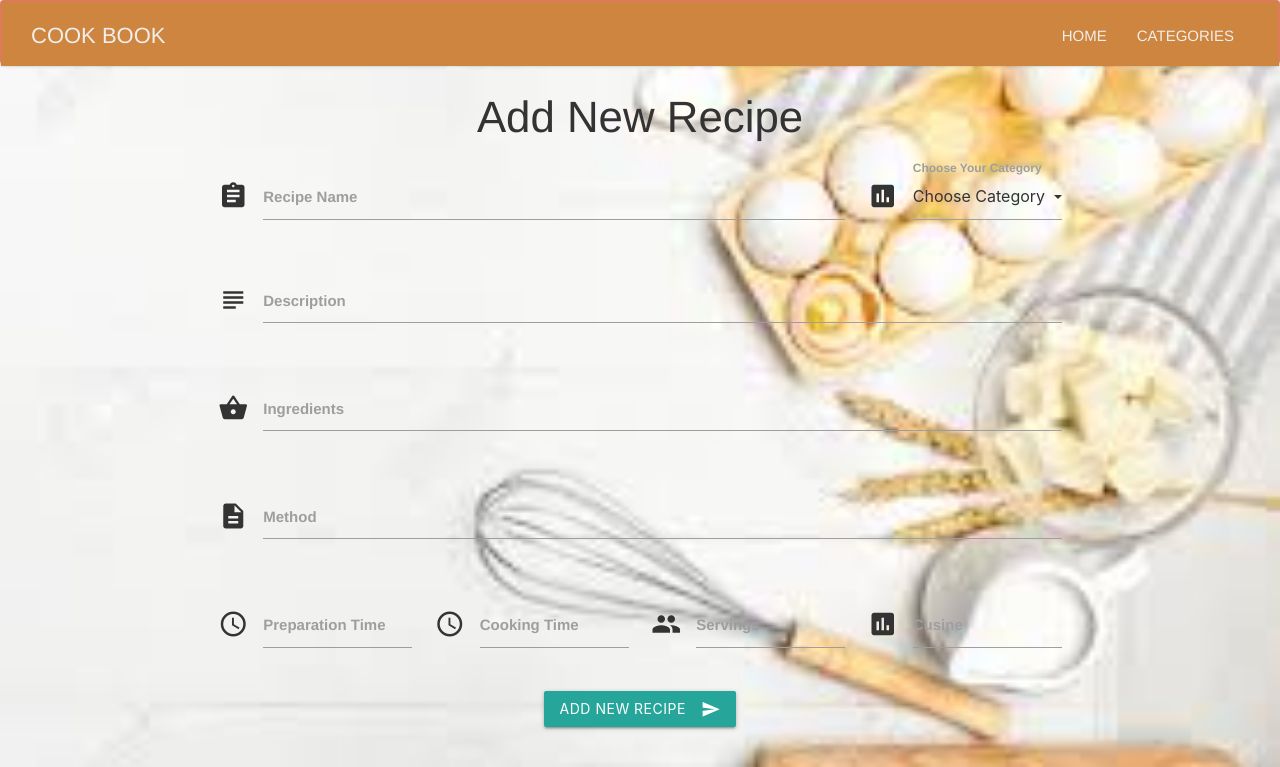
Repository: atena123/COOK-BOOK
Page: http://localhost/add_recipe
The author's editor kept a record of every edit. The page is drawn from the files as they stood at one moment, then again after the next edit.
The browser window is 1280 px wide. The pictures show the whole page.
Some web libraries are served in a nearby version. The page is served by the project's application, run on Flask 3 (app.py). Queries for data that is not in the repository find no rows.

Above is the page before.

After the next edit:
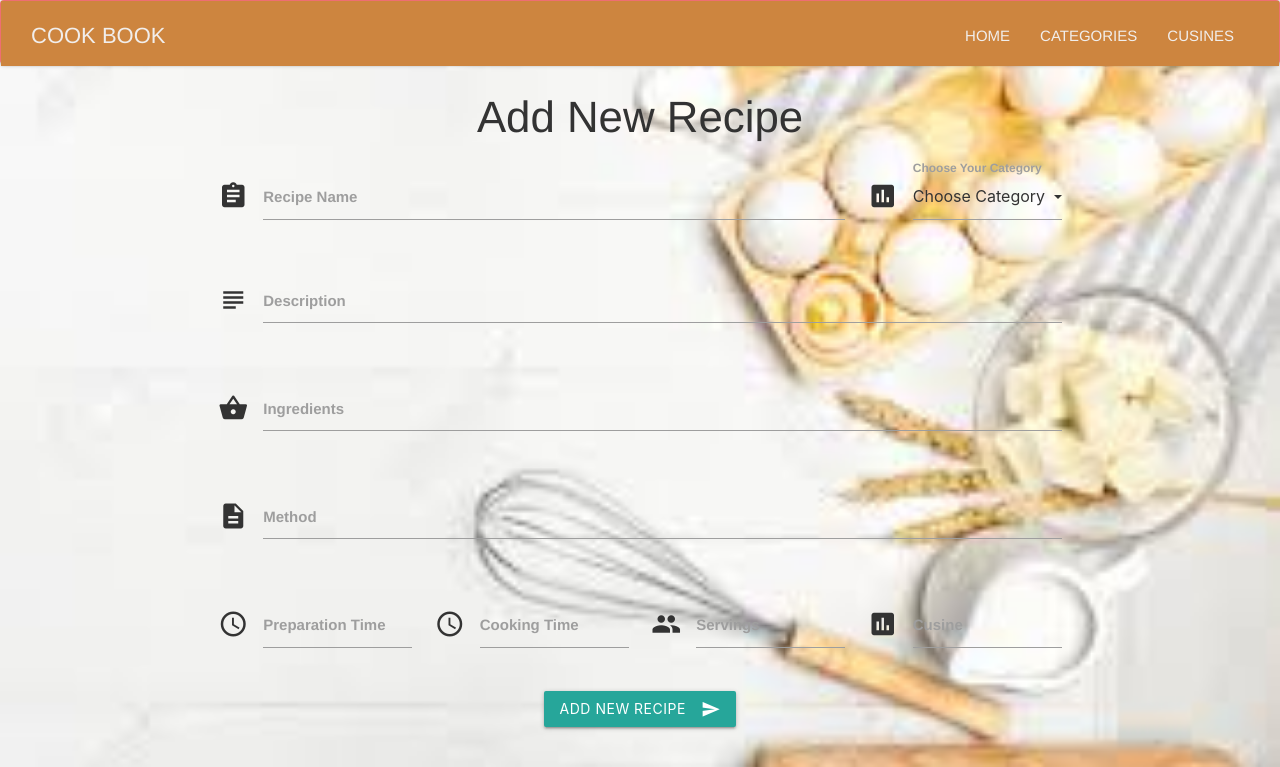
The edit:
--- a/templates/base.html
+++ b/templates/base.html
@@ -29,6 +29,7 @@
                             <ul class="nav navbar-nav navbar-right">
                                 <li><a href="{{url_for('find_recipes')}}">HOME</a></li>
                                 <li><a href="{{url_for('find_categories')}}">CATEGORIES</a></li>
+                                <li><a href="{{url_for('find_cusines')}}">CUSINES</a></li>
                             </ul>
                     </div>
                  </div>
